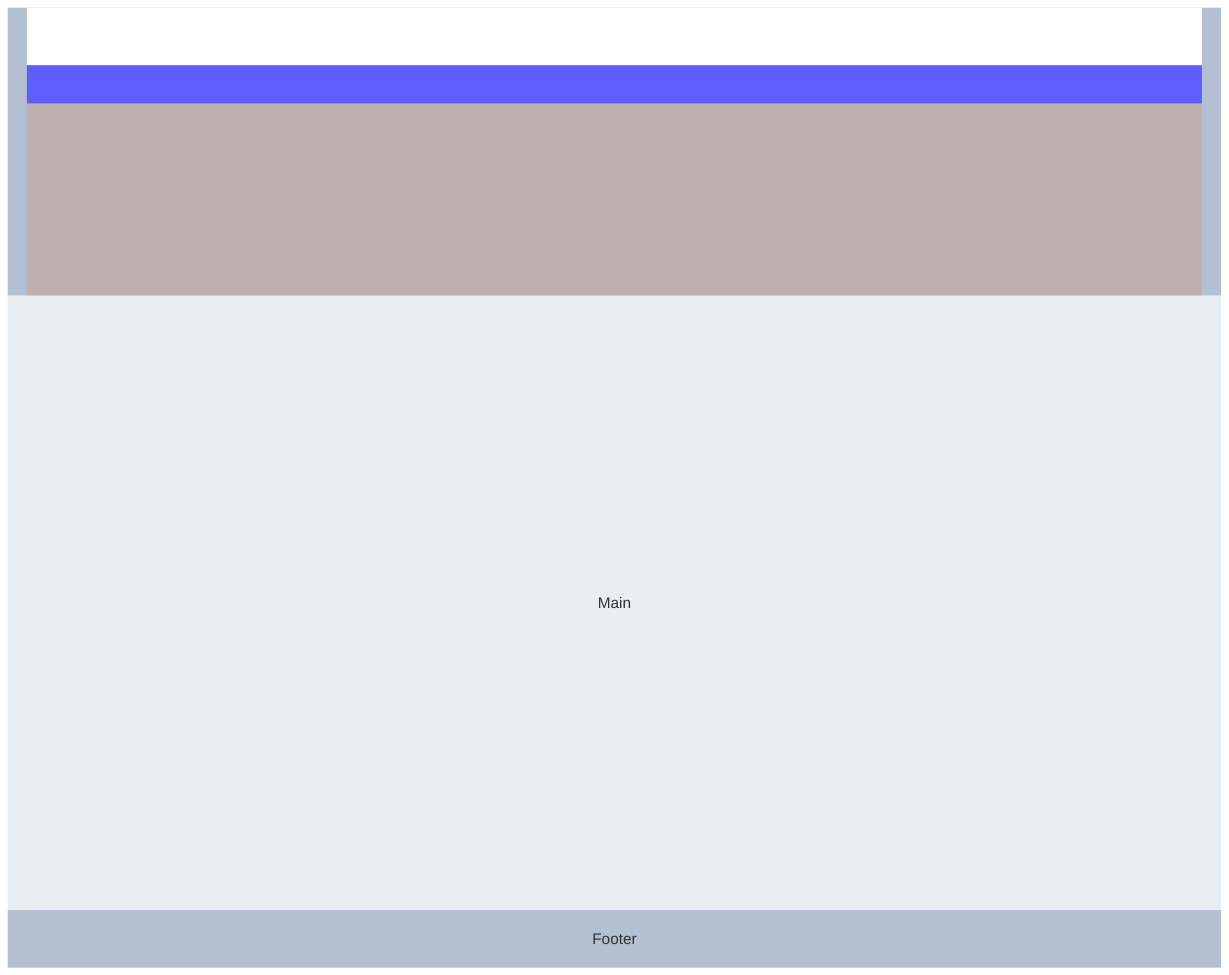
Repository: fisher002/airlease
Page: /
An editor plug-in stored every save of this project. The page is shown before and after the next save, followed by the edit.
The browser window is 1280 px wide. The pictures show the whole page, at 96% of full size.
The project was rebuilt for these pictures with package versions that can differ from the ones it lists, and the page was loaded fresh each time.

Above is the page before, as saved 2020-03-17 20:00:59.

### index.html
<!DOCTYPE html>
<html>
  <head>
    <meta charset="utf-8">
    <meta name="viewport" content="width=device-width,initial-scale=1.0">
    <title>空调租赁</title>
  </head>
  <body>
    <div id="app"></div>
    <!-- built files will be auto injected -->
  </body>
</html>

### src/main.js
// The Vue build version to load with the `import` command
// (runtime-only or standalone) has been set in webpack.base.conf with an alias.
import Vue from 'vue'
import ElementUI from 'element-ui'
import 'element-ui/lib/theme-chalk/index.css'
import App from './App'
import router from './router'

Vue.config.productionTip = false
Vue.use(ElementUI)

/* eslint-disable no-new */
new Vue({
  el: '#app',
  router,
  components: { App },
  template: '<App/>'
})

### src/router/index.js
import Vue from 'vue'
import Router from 'vue-router'
// import HelloWorld from '@/components/HelloWorld'
import login from '@/views/login/login'
import index from '@/views/index/index'

Vue.use(Router)

export default new Router({
  routes: [
    {
      path: '/',
      name: '/',
      redirect: '/index'
    },
    {
      path: '/index',
      name: 'index',
      component: index
    },
    {
      path: '/login',
      name: 'login',
      component: login
    },
  ]
})

### src/views/login/login.js
import axios from 'axios'

export default {
    checkLogin (params){
        return axios({
            url: '/api/sk/login',
            method: 'post',
            data: params
        })
    },
}

### src/views/index/index.vue
<template>
  <el-container>
    <el-header>
        <Header></Header>
    </el-header>
    <el-main>Main</el-main>
    <el-footer>Footer</el-footer>
  </el-container>
</template>
<script>
import Header from '@/components/public/header'

export default {
  components: {Header},
  data() {
    return {};
  }
};
</script>
<style lang="scss" scoped>
.el-header {
  background-color: #b3c0d1;
  color: #333;
  text-align: center;
  min-height: 300px !important;
  line-height: 300px;
}
.el-footer {
  background-color: #b3c0d1;
  color: #333;
  text-align: center;
  line-height: 60px;
}

.el-aside {
  background-color: #d3dce6;
  color: #333;
  text-align: center;
  line-height: 200px;
}

.el-main {
  background-color: #e9eef3;
  color: #333;
  text-align: center;
  min-height: 600px;
  line-height: 600px;
}
</style>

### src/components/public/header.vue
<template>
  <div class="header_box">
    <div class="header_head"></div>
    <div class="header_menu"></div>
    <div class="header_auto"></div>
  </div>
</template>
<script>
export default {
  data() {
    return {};
  }
};
</script>
<style lang="scss" scoped>
.header_box {
  min-height: 300px;
  display: flex;
  flex-wrap: wrap;
  .header_head {
    min-height: 60px;
    width: 100%;
    background: white;
  }
  .header_menu {
    min-height: 40px;
    width: 100%;
    background: rgb(95, 95, 255);
  }
  .header_auto {
    min-height: 200px;
    width: 100%;
    background: rgb(190, 177, 177);
  }
}
</style>

Loaded but not shown: src/App.vue (common file)

After the next save:
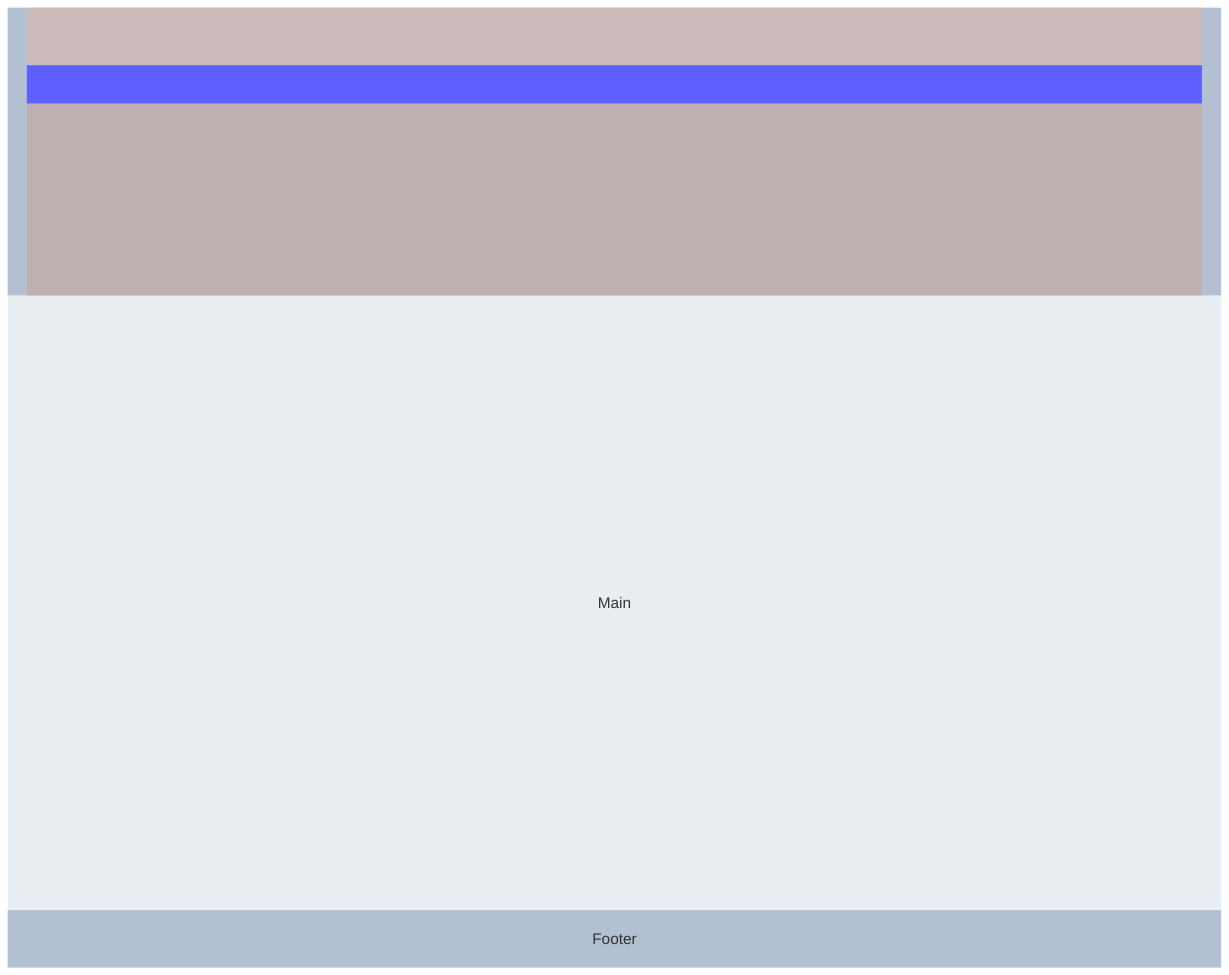
Saved 15 s later.
--- a/src/components/public/header.vue
+++ b/src/components/public/header.vue
@@ -20,7 +20,7 @@ export default {
   .header_head {
     min-height: 60px;
     width: 100%;
-    background: white;
+    background: rgb(204, 185, 185);
   }
   .header_menu {
     min-height: 40px;
